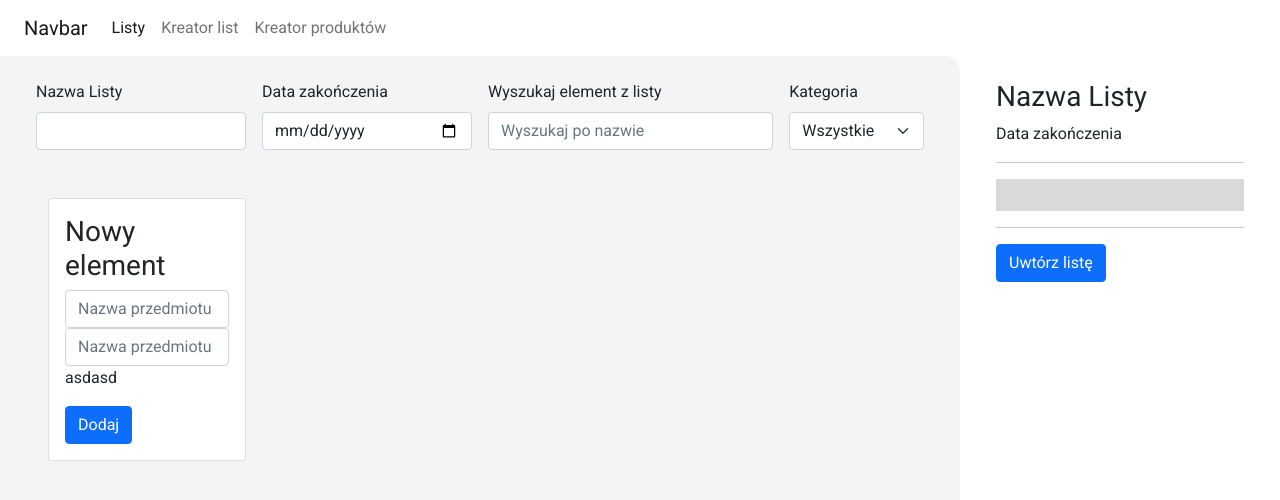
Repository: alphatra/Task-menager
Page: http://localhost/php/src/views/createList.php
These files come from the project's save history. The page is drawn as it stood at one moment and after the next save; the edit follows.
The browser window is 1280 px wide. The pictures show the whole page.
The page is run by PHP 8.4 with error messages shown; the project is at /var/www/html/. Queries for data that is not in the repository find no rows.

Above is the page before, as saved 2023-02-11 17:00:00.

### php/src/views/createList.php
<!DOCTYPE html>
<html lang="en">
<head>
    <meta charset="UTF-8">
    <meta http-equiv="X-UA-Compatible" content="IE=edge">
    <meta name="viewport" content="width=device-width, initial-scale=1.0">
    <title>Document</title>
    <script src="https://ajax.googleapis.com/ajax/libs/jquery/3.6.1/jquery.min.js"></script>
    <link href="https://cdn.jsdelivr.net/npm/bootstrap@5.0.2/dist/css/bootstrap.min.css" rel="stylesheet" integrity="sha384-EVSTQN3/azprG1Anm3QDgpJLIm9Nao0Yz1ztcQTwFspd3yD65VohhpuuCOmLASjC" crossorigin="anonymous">
    <script src="https://cdn.jsdelivr.net/npm/@popperjs/core@2.9.2/dist/umd/popper.min.js" integrity="sha384-IQsoLXl5PILFhosVNubq5LC7Qb9DXgDA9i+tQ8Zj3iwWAwPtgFTxbJ8NT4GN1R8p" crossorigin="anonymous"></script>
    <script src="https://cdn.jsdelivr.net/npm/bootstrap@5.0.2/dist/js/bootstrap.min.js" integrity="sha384-cVKIPhGWiC2Al4u+LWgxfKTRIcfu0JTxR+EQDz/bgldoEyl4H0zUF0QKbrJ0EcQF" crossorigin="anonymous"></script>
    <script>
        const catergories = {
            1: 'Elektronika',
            2: 'Meble',
            3: 'Kosmetyki',
            4: 'Jedzenie',
            5: 'Ubrania',
            6: 'Zabawki',
            7: 'Sport',
            8: 'Książki',
            9: 'Narzędzia',
            10: 'RTV'
        }

        console.log(catergories);
        $(document).ready(function() {
            const select = $('select');
            $.each(catergories, function(i, item) {
                $('select').append($("<option>", {
                    value: item,
                    text: item
                }))
            });
            let _dataItems = [];
            let private_item = $(`<div class="col-xl-3 col-lg-4 col-md-6 col-12 mb-4">
                        <div class="card">
                            <div class="card-body">
                                <h3 class="card-title">Nowy element</h3>
                                <input type="text" class="form-control" id="priv_item" placeholder="Nazwa przedmiotu">
                                <input type="text" class="form-control" id="priv_item" placeholder="Nazwa przedmiotu">
                                <p class="card-text">asdasd</p>
                                <input class="btn btn-primary" id="add_tolist" type="button" value="Dodaj">
                            </div>
                        </div>
                    </div>`);
    let loadData = (param,_category) => {
        $.ajax({
            url: '../controller.php',
            dataType: 'json',
            method: 'POST',
            data:{tablename:"products", search: param, category:_category},
            beforeSend: function() {
                $("#loading-image").show();
             },
            success: function(data) {
                console.log(data);
                let content = $('#objects').empty()
                content.append(private_item)
                let dataItems = JSON.parse(JSON.stringify(data))
                _dataItems = data
                dataItems = dataItems.map((item) => {
                    return $(`
                    <div class="col-lg-3 col-md-5 col-sm-5 mb-4">
      <div class="card">
        <div class="card-header img-atas" style="background-image: url('https://picsum.photos/300/100'); background-position: 50% 10%;">
        </div>
        <div class="card-body">
          <div class="row">
            <h5>${item.product_name}</h5>
          </div>
          <div class="row">
            <h6 class="text-secondary">${catergories[item.category_id]}</h6>
          </div>
          <div class="row">
            <div class="d-flex justify-content-between">
              <p class="text-primary">${item.product_description.substring(0, 29)}</p>
              <p class="text-warning">
		<input class="btn btn-primary" id="add_tolist" type="button" value="Dodaj" data-product-id="${item.id_product}" data-product-name="${item.product_name}" data-product-quantity="1">
		</p>
            </div>
          </div>
        </div>
      </div>
    </div>
                    `)
                })
                content.append(dataItems)

            },
            error: function (jqXHR, exception){
                console.log(jqXHR, exception);

            }
        })

    }
    let createList_Ajax = (param) =>{
        $.ajax({
            url: '../controller_1.php',
            method: 'POST',
            data:{data: param},
            cache: false,
            success: function(data) {
                console.log(data);
            },
            error: function (xhr, status, error){
                console.log(status);

            }
        })
    }
    let createListItems_Ajax = (param) =>{
        $.ajax({
            url: '../controller_1.php',
            method: 'POST',
            data:{data: param},
            cache: false,
            success: function(data) {
                console.log(data);
            },
            error: function (xhr, status, error){
                console.log(status);

            }
        })
    }

    loadData()

    $("#searchItem, select").on("keyup change", function() {
        let inputVal = $("#searchItem").val();
        let selectVal = $("select").val();
        if (inputVal.length > 0 || selectVal > 0) {
            inputVal = inputVal.length == 0 ? '' : inputVal;
            selectVal = selectVal == 0 ? '' : selectVal;
            loadData(inputVal, selectVal);
        } else {
            loadData();
        }
    });
    let products = {product_id:[],product_title:[],qty:[]};
    let list = {
            list_name: '',
            end_date: '',
            products: [products]
        };

    let add_products = (id, title, quantity) => {
        if (!checkIfExists(id)) {
            products.product_id.push(id);
            products.product_title.push(title);
            products.qty.push(quantity);
        }
    }

    let checkIfExists = (id) => {
        for (let i = 0; i < products.product_id.length; i++) {
            if (products.product_id[i] === id) {
                return true;
            }
        }
        return false;
    }

    let searchedProduct = (_id) =>{
        let found =  _dataItems.find(e => e.id_product == _id)
        return found.product_name
    }

    let generateContent = (_item,_qty) => {
        let content = $('#list_elements')
        content.empty()
        console.log(_qty);
        let listItems = _item.map((item) => {
            return $(`
            <h5>${searchedProduct(+item)}</h5>
            <input type="number" id="qty" value="1" class="form-control form-icon-trailing" />
            `)})
        content.append(listItems)
    }

    let crateList = () => {
        if(list.list_name != '' || list.end_date != '' || products.product_id.length != 0){
            console.log(list);
            createList_Ajax(list)
        }
    }
    $(document).on("click", "#add_tolist", function() {
        //console.log(list);
        //console.log(+this.name);
        //console.log(searchedProduct(+this.name));
        var productId = $(this).data('product-id');
        var productName = $(this).data('product-name');
        var productQuantity = $(this).data('product-quantity');

        console.log("Id produktu: " + productId);
        console.log("Nazwa produktu: " + productName);
        console.log("Ilość produktu: " + productQuantity);
        // Obsługa okienka modalnego z bootstrapa
        var myModal = new bootstrap.Modal(document.getElementById("exampleModal"))
        if(list.list_name == '' || list.end_date == ''){
            myModal.show()
            $(document).on("click", ".btn-secondary", function() {
                myModal.hide()
            })
            if (list.list_name == '') {
                $("#listName").addClass("is-invalid")
            }else{
                $("#listName").removeClass("is-invalid")
            }
            if (list.end_date == '') {
                $("#endDate").addClass("is-invalid")
            }else{
                $("#endDate").removeClass("is-invalid")
            }
            //console.log("Nie",list)
        }else{
            add_products(productId, productName, productQuantity);
            generateContent(list.products['product_id'],list.products['qty'])
            $("#listName, #endDate").removeClass("is-invalid")
            //console.log("Tak",list);
        }
    });
    $(document).on("click", "#crateList_button", function() {
        console.log(crateList());
    });
    $("#listName, #endDate").on("keyup change",function(){
        list = {
            list_name: $("#listName").val(),
            end_date: $("#endDate").val(),
            products: products
        }
        $("#list_name").text($("#listName").val());
        $("#end_date").text($("#endDate").val());
    });
})

    </script>
    <link rel="stylesheet" href="../assets/style.css">
</head>
<body>
    <!-- Modal -->
    <div class="modal fade" id="exampleModal" tabindex="-1" role="dialog" aria-labelledby="exampleModalLabel" aria-hidden="true">
        <div class="modal-dialog">
            <div class="modal-content">
                <div class="modal-header">
                    <h5 class="modal-title" id="exampleModalLabel">Uwaga!</h5>
                    <button type="button" class="btn-close" data-dismiss="modal" aria-label="Zamknij"></button>
                </div>
                <div class="modal-body">
                    Nie wypełniłeś wszystkich pól!
                </div>
                <div class="modal-footer">
                    <button type="button" class="btn btn-secondary" data-dismiss="modal">Zamknij</button>
                </div>
            </div>
        </div>
    </div>

    <div class="container-fluid">
        <nav class="navbar navbar-expand-lg navbar-light ">
            <div class="container-fluid">
                <a class="navbar-brand" href="#">Navbar</a>
                <button class="navbar-toggler" type="button" data-bs-toggle="collapse" data-bs-target="#navbarNav" aria-controls="navbarNav" aria-expanded="false" aria-label="Toggle navigation">
                    <span class="navbar-toggler-icon"></span>
                </button>
                <div class="collapse navbar-collapse" id="navbarNav">
                    <ul class="navbar-nav">
                        <li class="nav-item">
                            <a class="nav-link active" href="/">Listy</a>
                        </li>
                        <li class="nav-item">
                            <a class="nav-link" aria-current="page" href="views/createList.php">Kreator list</a>
                        </li>
                        <li class="nav-item">
                            <a class="nav-link" href="views/createProduct.php">Kreator produktów</a>
                        </li>
                    </ul>
                </div>
            </div>
        </nav>
        <div class="row">
            <div class="col-lg-9" style="background-color: #F4F4F4; border-top-right-radius: 1rem">
                <div class="container py-4 px-4">
                <form class="row g-3 needs-validation" novalidate>
                    <div id="listName_" class="col-md-3">
                        <label for="listName" class="form-label">Nazwa Listy</label>
                        <input type="text" class="form-control" id="listName" required>
                        <div class="invalid-feedback">
                            Podaj nazwę listy!
                        </div>
                    </div>
                    <div id="endDate_" class="col-md-3">
                        <label for="endDate" class="form-label">Data zakończenia</label>
                        <input type="date" class="form-control" id="endDate" required>
                        <div class="invalid-feedback">
                            Podaj nazwę listy!
                        </div>
                    </div>
                    <div id="searchItem_" class="col-md-4">
                        <label for="searchItem" class="form-label">Wyszukaj element z listy</label>
                        <input type="search" class="form-control" id="searchItem" aria-label="Search" placeholder="Wyszukaj po nazwie">
                    </div>
                    <div class="col-md-2">
                        <label for="inputState" class="form-label">Kategoria</label>
                        <select id="inputState" class="form-select">
                            <option selected value="0">Wszystkie</option>

                        </select>
                    </div>
                </form>
                <div id="objects" class="row m-0 mt-5"></div>
                </div>
            </div>
            <div class="col-lg-3">
                <div class="container pt-4">
                <h3 id="list_name">Nazwa Listy</h3>
                <span id="end_date">Data zakończenia</span>
                <hr class="hr1" />
                <div id="list_elements" class="px-3 py-3" style="background-color:#D9D9D9"></div>
                <hr class="hr1" />
                <button type="submit" id="crateList_button" class="btn btn-primary">Uwtórz listę</button>
                </div>
            </div>
        </div>
    </div>
</body>
</html>

### php/src/controller.php
<?php
session_start();
require_once('./model/CRUD.php');


$db = new db();
$_tablename = $_POST['tablename'];
if(isset($_POST['search'])){
    $search = $_POST['search'];
    $result = $db->searchData($_tablename,$search,'');
    if(isset($_POST['category'])){
        $_category = $_POST['category'];
        $result = $db->searchData($_tablename,$search,$_category);
    }
    echo $result;
}else{
    echo $db->getData($_tablename);
}
?>

### php/src/model/CRUD.php
<?php
class db{
    private $conn;
    public $servername;
    public $username;
    public $password;
    public $database;
    public $tablename;

    public function __construct($host="db", $database="mydb",
                                $username="root", $password="root"){
        $this->host = $host;
        $this->database = $database;
        $this->username = $username;
        $this->password = $password;

        try {
            // Tworzenie połączenia
            $this->conn = new mysqli($host, $username, $password, $database);
        } catch (Exception $e) {
            // Sprawdzanie połączenia
            die("Connection failed: " . mysqli_connect_error());

        }

        return $this->conn;
    }

    // Wyświetlanie list z bazy danych
    public function getData($tablename){
        $this->tablename = $tablename;
        $query = "SELECT * FROM $this->tablename";
        $result = mysqli_query($this->conn, $query);
        $result = mysqli_fetch_all($result, MYSQLI_ASSOC);

        return json_encode($result);
    }

    // Wyświetlanie list z bazy danych wraz z wyszukiwaniem
    public function searchData($tablename, $search, $category){
        $this->tablename = $tablename;
        $this->search = $search;
        $this->category = $category;
        if($tablename == 'products'){
            $query = "SELECT * FROM $this->tablename WHERE product_name LIKE '$this->search%'";
            if($category != ''){
                $query .= " AND category_id = $this->category";
            }
        }else{
            $query = "SELECT * FROM $this->tablename WHERE name LIKE '$this->search%'";
            if($category != ''){
                $query .= " AND category_id = $this->category";
            }
        }
        $result = mysqli_query($this->conn, $query);
        $result = mysqli_fetch_all($result, MYSQLI_ASSOC);

        return json_encode($result);
    }
    /*
    public function searchData($tablename="", $search=""){
        $this->tablename = "list";
        $this->search = "{$search}%";
        $query = "SELECT * FROM $this->tablename WHERE name LIKE ?";
        $stmt = $this->conn->prepare($query);
        $stmt->bind_param("s",$search);
        $stmt->execute();
        $result = $stmt->get_result();

        return json_encode($result->fetch_all(MYSQLI_ASSOC));
    }
    */

    // Dodawanie produktów do bazy danych
    public function createProduct($Param){
        $product_name = $Param[0];
        $product_description = $Param[1];
        $product_image = $Param[2];
        $category_id = $Param[3];
        $query = "INSERT INTO products (product_name, product_description, product_image, category_id)
                    VALUES ('{$product_name}', '{$product_description}', '{$product_image}', '{$category_id}')";

        mysqli_query($this->conn, $query);
    }

    public function fetchData($Data){
        $this->Data = $Data;
        $decoded_json = json_decode($Data, true);
        $product_name = $decoded_json['product_name'];
        $product_description = $decoded_json['product_description'];
        $product_image = $decoded_json['product_image'];
        $category_id = $decoded_json['category_id'];
        return [$product_name, $product_description, $product_image, $category_id];
    }

    public function getMaxId($tablename){
        $this->tablename = $tablename;
        $query = "SELECT MAX( id ) AS `Max_Id` FROM $this->tablename";
        $result = mysqli_query($this->conn, $query);
        $result = mysqli_fetch_all($result, MYSQLI_ASSOC);
        $result = $result[0]['Max_Id'];

        return $result + 1;
    }

    public function getIdList($list_name){
        $this->list_name = $list_name;
        $query = "SELECT id FROM list WHERE name = '$this->list_name'";
        $result = mysqli_query($this->conn, $query);
        $result = mysqli_fetch_all($result, MYSQLI_ASSOC);
        $result = $result[0]['id'];

        return $result;
    }

    public function createList($list_name, $end_date){
        $id = $this->getMaxId('list');
        $this->list_name = $list_name;
        $created_date = date("Y-m-d h:i:s");
        $this->end_date = $end_date;
        $query = "INSERT INTO list (id, name, created_date, end_date) VALUES ('{$id}','{$list_name}','{$created_date}','{$end_date}')";
        mysqli_query($this->conn, $query);
        return $query;
    }

    public function createListItems($qty,$list_name,$id_product){
        $id = $this->getMaxId('list_items');
        $this->qty = $qty;
        $this->list_name = $list_name;
        $list_name = $this->getIdList($list_name);
        $this->id_product = $id_product;

        $query = "INSERT INTO list_items (id, quantity, list_id, id_product) VALUES ('{$id}', '{$this->qty}', '{$list_name}', '{$this->id_product}')";
        mysqli_query($this->conn, $query);
        return $query;
    }

    public function addPrivateItem($item_key, $item_name, $item_category){
        $this->item_key = $item_key;
        $this->item_name = $item_name;
        $this->item_category = $item_category;

        $query = "INSERT INTO private_items (item_key, item_name, category_id) VALUES ('{$item_key}', '{$item_name}', '{$item_category}')";
        mysqli_query($this->conn, $query);
        return $query;
    }
}
?>

### php/src/assets/style.css
@import url('https://fonts.googleapis.com/css2?family=Roboto:ital,wght@0,300;0,400;1,500&display=swap');

body {
    font-family: 'Roboto', sans-serif;
    font-size: 16px;
    line-height: 1.5;
    background-color: white;
    margin: 0;
    padding: 0;
}
.black-border {
    border: 1px solid black;
    padding: 1rem;
}
.img-atas {
    width: auto;
    height: 100px;
    background-repeat: no-repeat;
    background-position: center;
    background-size: cover;
  }

hr {
    margin: 1rem 0;
    color: inherit;
    background-color: currentColor;
    border: 0;
    opacity: 0.25;
  }

After the next save:
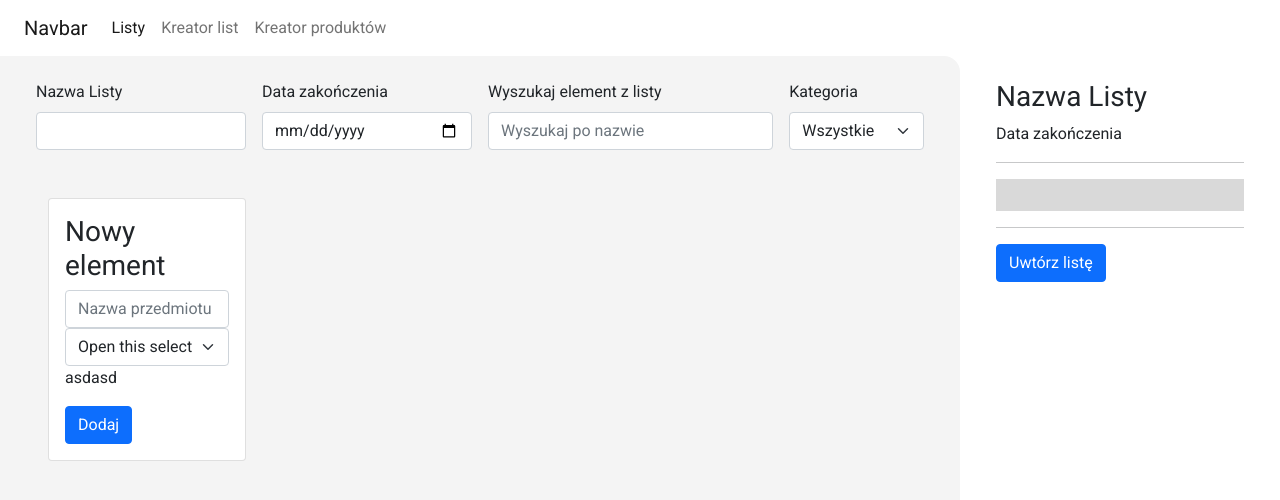
Saved 3 min 45 s later.
--- a/php/src/views/createList.php
+++ b/php/src/views/createList.php
@@ -31,6 +31,10 @@
                     value: item,
                     text: item
                 }))
+                $('select').append($("<option>", {
+                    value: item,
+                    text: item
+                }))
             });
             let _dataItems = [];
             let private_item = $(`<div class="col-xl-3 col-lg-4 col-md-6 col-12 mb-4">
@@ -38,7 +42,10 @@
                             <div class="card-body">
                                 <h3 class="card-title">Nowy element</h3>
                                 <input type="text" class="form-control" id="priv_item" placeholder="Nazwa przedmiotu">
-                                <input type="text" class="form-control" id="priv_item" placeholder="Nazwa przedmiotu">
+                                <select id="inputState" class="form-select">
+                                    <option selected>Open this select menu</option>
+
+                                    </select>
                                 <p class="card-text">asdasd</p>
                                 <input class="btn btn-primary" id="add_tolist" type="button" value="Dodaj">
                             </div>
